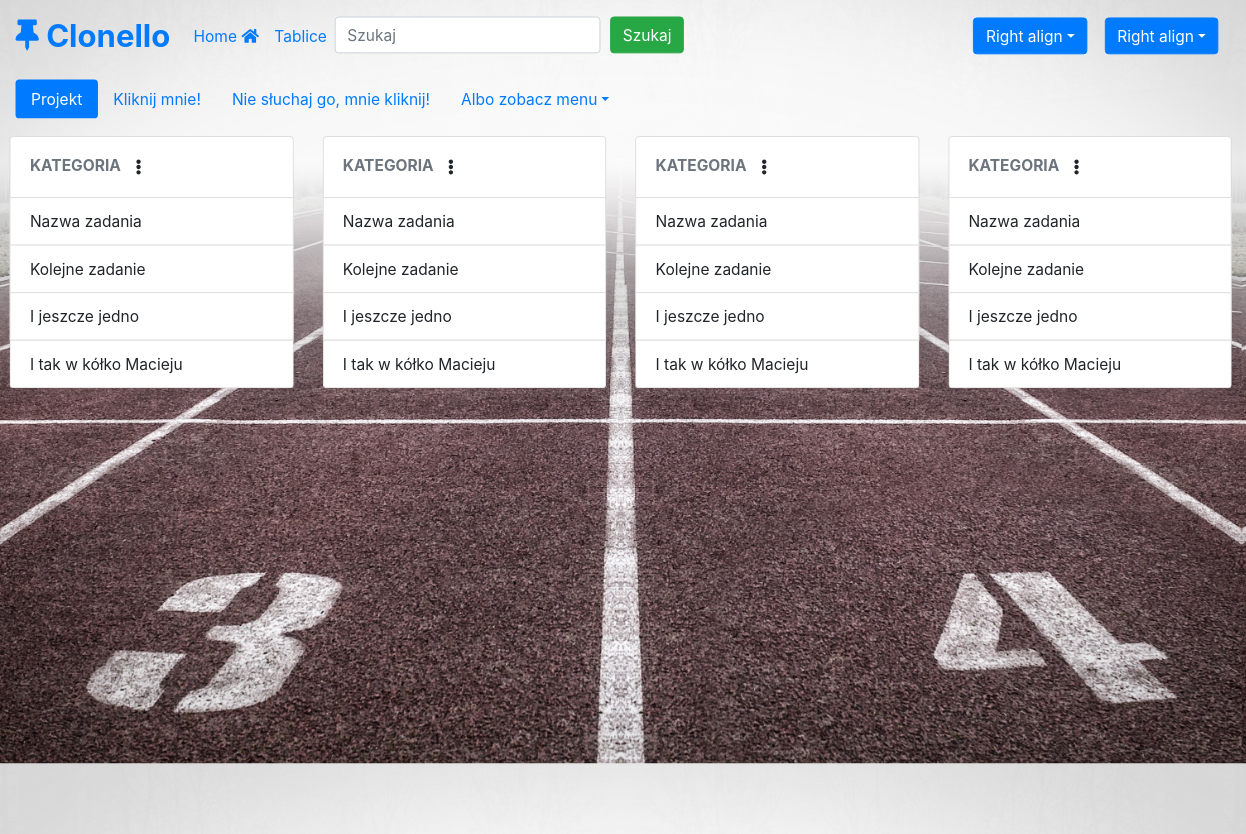
Repository: jnehlt/PAW-lab
Page: / (app in Frontend/clonello/)
These files come from the project's save history. The page is drawn as it stood at one moment and after the next save; the edit follows.
The browser window is 1280 px wide. The page is 1285 px wide, so the pictures cover 1285 px, including what lies to the right of the window. The pictures show the whole page, at 97% of full size.
The project was rebuilt for these pictures with package versions that can differ from the ones it lists, and the page was loaded fresh each time.

Above is the page before, as saved 2020-04-24 22:50:48.

### Frontend/clonello/src/main.js
import "@babel/polyfill";
import "mutationobserver-shim";
import Vue from "vue";
import "./plugins/bootstrap-vue";
import App from "./App.vue";
import router from "./router";
import "@fortawesome/fontawesome-free/css/all.css";
import "@fortawesome/fontawesome-free/js/all.js";

Vue.config.productionTip = false;

new Vue({
  router,
  render: h => h(App)
}).$mount("#app");

### Frontend/clonello/src/App.vue
<template>
  <div id="app">
    <topheader></topheader>
    <projectheader></projectheader>

    <div class="row">
        <maincard></maincard>
        <maincard></maincard>
        <maincard></maincard>
        <maincard></maincard>
        <maincard></maincard>
        <maincard></maincard>
        <maincard></maincard>
        <maincard></maincard>
    </div>
    <router-view />
  </div>
</template>

<script>
import TopHeader from "@/components/TopHeader.vue";
import ProjectHeader from "@/components/ProjectHeader.vue";
import MainCard from "@/components/MainCard.vue";

export default {
  components: {
    "topheader": TopHeader,
    "projectheader": ProjectHeader,
    "maincard": MainCard
  }
};
</script>

<style lang="scss">

body {
    background-image: url("../src/assets/running-track-sn-3000x2001.jpg");
    background-size: cover;
    background-position: center;
}

.dropdown-header {
    font-size: larger;
    font-weight: bolder;
}

html, body {
    height: 100%;
}

.list-head {
    font-weight: bolder;
    text-transform: uppercase;
}

.btn {
    margin-left: 2px;
}


.row {
  display: flex;
  flex-wrap: nowrap;
  overflow-x: auto;
  margin-left: -5px;
  margin-right: -5px;
  margin-top: 10px;
  height: 100vh;
}

::-webkit-scrollbar {
  height: 4px;              /* height of horizontal scrollbar ← You're missing this */
  width: 4px;               /* width of vertical scrollbar */
  border: 1px solid #d5d5d5;
  margin-left: -5px;
  margin-right: -5px;
}


</style>

### Frontend/clonello/src/components/TopHeader.vue
<template>
  <div>
    <nav class="navbar navbar-expand-lg">
      <a class="navbar-brand" href="#"><i class="fas fa-thumbtack"></i> Clonello</a>
      <button class="navbar-toggler navbar-dark" type="button" data-toggle="collapse" data-target="#navbarNav" aria-controls="navbarNav" aria-expanded="false" aria-label="Toggle navigation">
          <span class="navbar-toggler-icon"></span>
      </button>
      <div class="collapse navbar-collapse" id="navbarNav">
        <ul class="navbar-nav mr-auto">
          <li class="nav-item">
            <a class="nav-link" href="#">Home <i class="fas fa-home"></i></a>
          </li>
          <li class="nav-item">
            <a class="nav-link" href="#">Tablice</a>
          </li>
          <li class="nav-item">
            <form class="form-inline my-2 my-lg-0">
              <input class="form-control mr-sm-2" type="search" placeholder="Szukaj" aria-label="Search">
              <button class="btn btn-success my-2 my-sm-0" type="submit">Szukaj</button>
            </form>
          </li>
        </ul>
        <ul class="navbar-right navbar-nav">
          <li>
            <b-dropdown id="dropdown-right" right text="Right align" variant="primary" class="m-2">
              <b-dropdown-item href="#">Action</b-dropdown-item>
              <b-dropdown-item href="#">Another action</b-dropdown-item>
              <b-dropdown-item href="#">Something else here</b-dropdown-item>
            </b-dropdown>
            <b-dropdown id="dropdown-right" right text="Right align" variant="primary" class="m-2">
              <b-dropdown-item href="#">Action</b-dropdown-item>
              <b-dropdown-item href="#">Another action</b-dropdown-item>
              <b-dropdown-item href="#">Something else here</b-dropdown-item>
            </b-dropdown>
          </li>
        </ul>
      </div>
    </nav>
  </div>
  <!-- class="btn btn-success" type="button" data-toggle="collapse" data-target="#collapseAdd" aria-expanded="false" aria-controls="collapseAdd">Dodaj <i class="fas fa-plus"></i>
            </button> -->
</template>

<script>



export default {

};
</script>

<!-- Add "scoped" attribute to limit CSS to this component only -->
<style scoped lang="scss">
.navbar-brand {
    font-weight: bolder;
    font-size: 2em;
}

.navbar {
    background-color: transparent;
}

.navbar-toggler {
    background-color: #4e555b;
}
</style>

### Frontend/clonello/src/components/ProjectHeader.vue
<template>
  <div>
      <div class="navbar navbar-expand-lg">
      <ul class="nav nav-pills nav-fill">
        <li class="nav-item">
          <a class="nav-link active" href="#">Projekt</a>
        </li>
        <li class="nav-item">
          <a class="nav-link" href="#">Kliknij mnie!</a>
        </li>
        <li class="nav-item">
          <a class="nav-link" href="#">Nie słuchaj go, mnie kliknij!</a>
        </li>
        <li class="nav-item dropdown">
          <a class="nav-link dropdown-toggle" data-toggle="dropdown" href="#" role="button" aria-haspopup="true" aria-expanded="false">Albo zobacz menu</a>
          <div class="dropdown-menu">
            <h5 class="dropdown-header">Menu</h5>
            <div class="dropdown-divider"></div>
            <a class="dropdown-item" href="#">No dobra</a>
            <a class="dropdown-item" href="#">Trochę zamieszania</a>
            <a class="dropdown-item" href="#">Dziwnie wyszło</a>
            <a class="dropdown-item" href="#">Ale klinkij tamte</a>
          </div>
        </li>
      </ul>
    </div>
  </div>
</template>

<script>
export default {

}
</script>

<style>
.navbar-brand {
    font-weight: bolder;
    font-size: 2em;
}

.navbar {
    background-color: transparent;
}

.navbar-toggler {
    background-color: #4e555b;
}
</style>

### Frontend/clonello/src/components/MainCard.vue
<template>
        <div class="col-3 col-md-3 col-sm-3">
            <ul class="list-group">
                <li class="list-group-item disabled list-head" aria-disabled="true">Kategoria<button class="btn btn-kropki"><i class="fas fa-ellipsis-v"></i></button></li>
                <li class="list-group-item">Nazwa zadania</li>
                <li class="list-group-item">Kolejne zadanie</li>
                <li class="list-group-item">I jeszcze jedno</li>
                <li class="list-group-item">I tak w kółko Macieju</li>
            </ul>
        </div>

</template>

<script>
export default {

}
</script>

<style>

</style>

### Frontend/clonello/src/views/Home.vue
<template>
  <div class="home"></div>
</template>

<script>
// @ is an alias to /src
export default {
  name: "Home",
  components: {}
};
</script>

Loaded but not shown: Frontend/clonello/public/index.html (common file); Frontend/clonello/src/plugins/bootstrap-vue.js (common file); Frontend/clonello/src/router/index.js (common file)

After the next save:
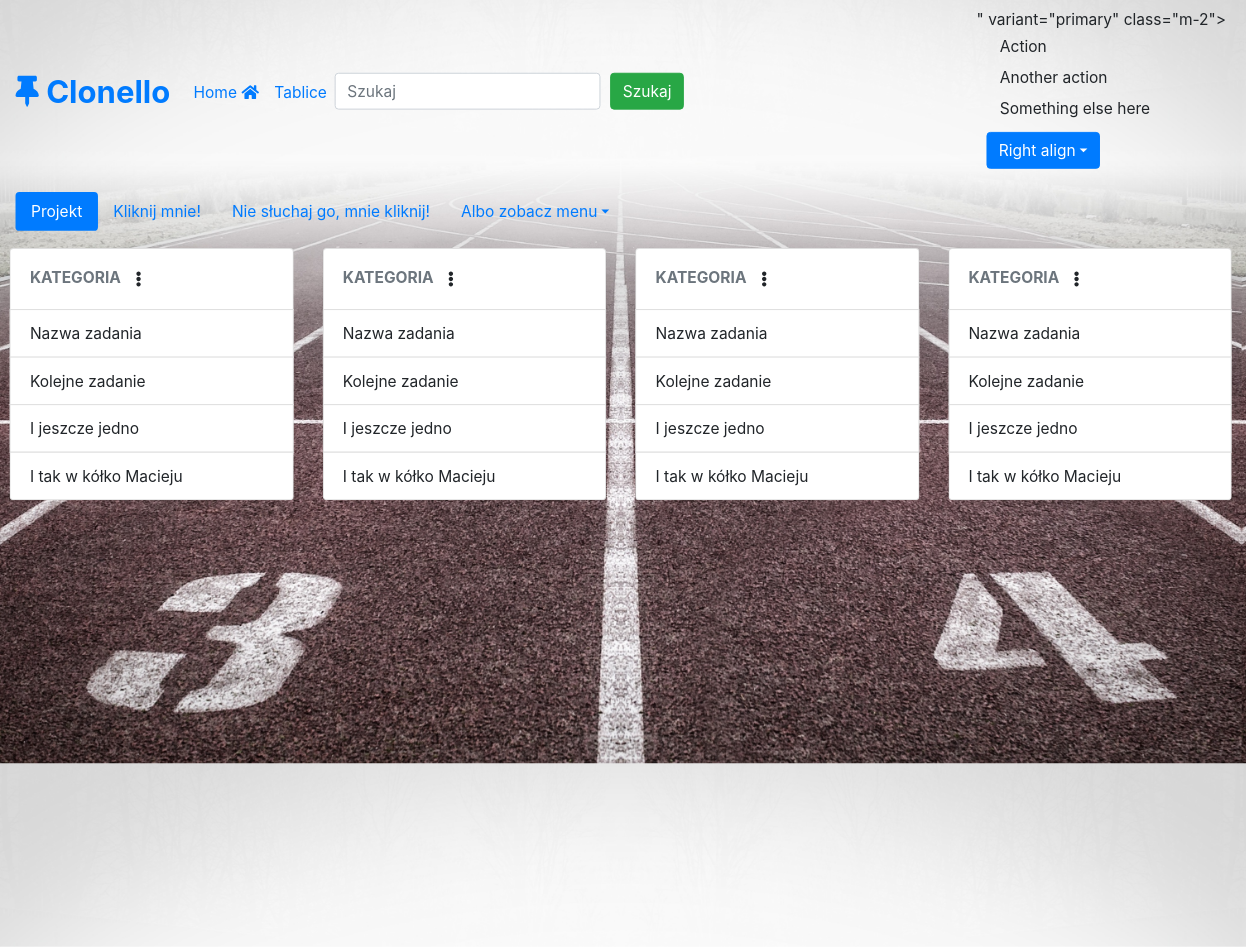
Saved 13 s later.
--- a/Frontend/clonello/src/components/TopHeader.vue
+++ b/Frontend/clonello/src/components/TopHeader.vue
@@ -22,7 +22,7 @@
         </ul>
         <ul class="navbar-right navbar-nav">
           <li>
-            <b-dropdown id="dropdown-right" right text="Right align" variant="primary" class="m-2">
+            <b-dropdown id="dropdown-right" right text=Dodaj" variant="primary" class="m-2">
               <b-dropdown-item href="#">Action</b-dropdown-item>
               <b-dropdown-item href="#">Another action</b-dropdown-item>
               <b-dropdown-item href="#">Something else here</b-dropdown-item>

After the save that followed:
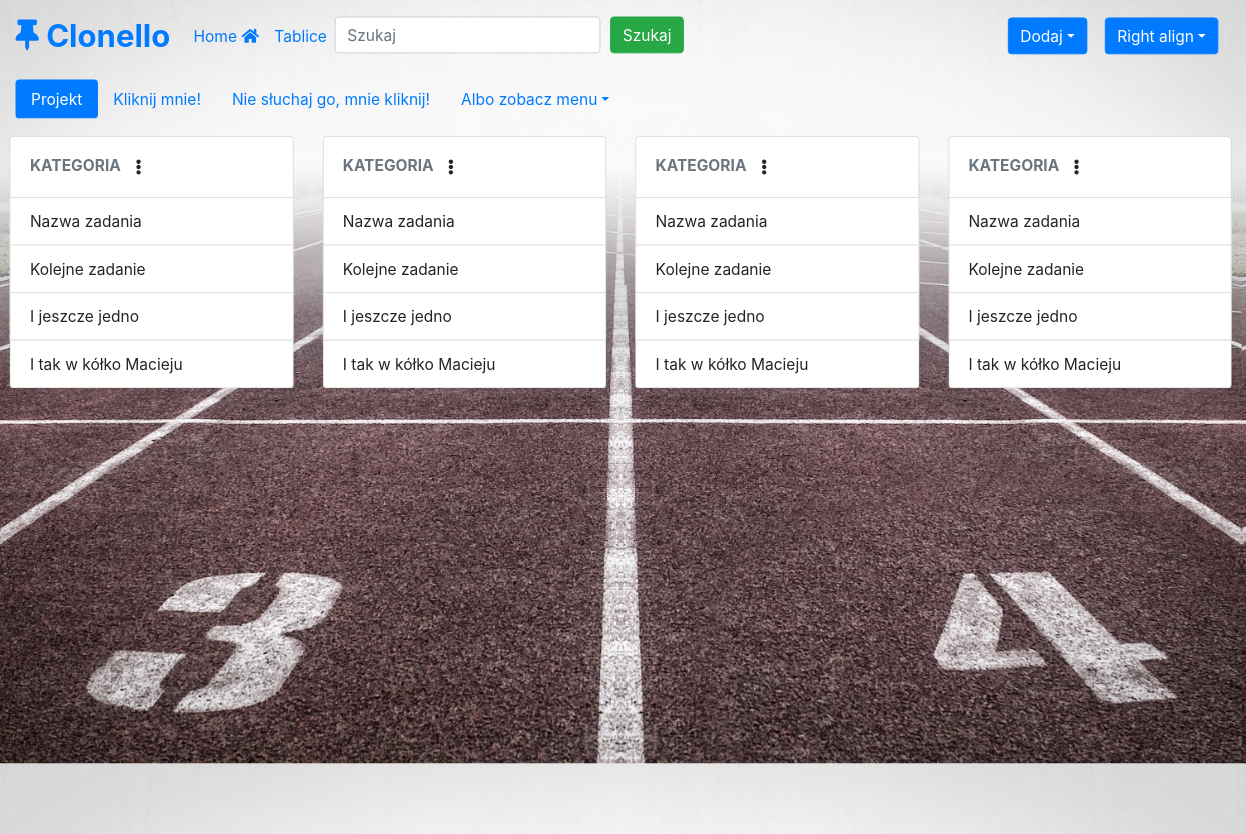
Saved 4 s later.
--- a/Frontend/clonello/src/components/TopHeader.vue
+++ b/Frontend/clonello/src/components/TopHeader.vue
@@ -22,7 +22,7 @@
         </ul>
         <ul class="navbar-right navbar-nav">
           <li>
-            <b-dropdown id="dropdown-right" right text=Dodaj" variant="primary" class="m-2">
+            <b-dropdown id="dropdown-right" right text="Dodaj" variant="primary" class="m-2">
               <b-dropdown-item href="#">Action</b-dropdown-item>
               <b-dropdown-item href="#">Another action</b-dropdown-item>
               <b-dropdown-item href="#">Something else here</b-dropdown-item>
